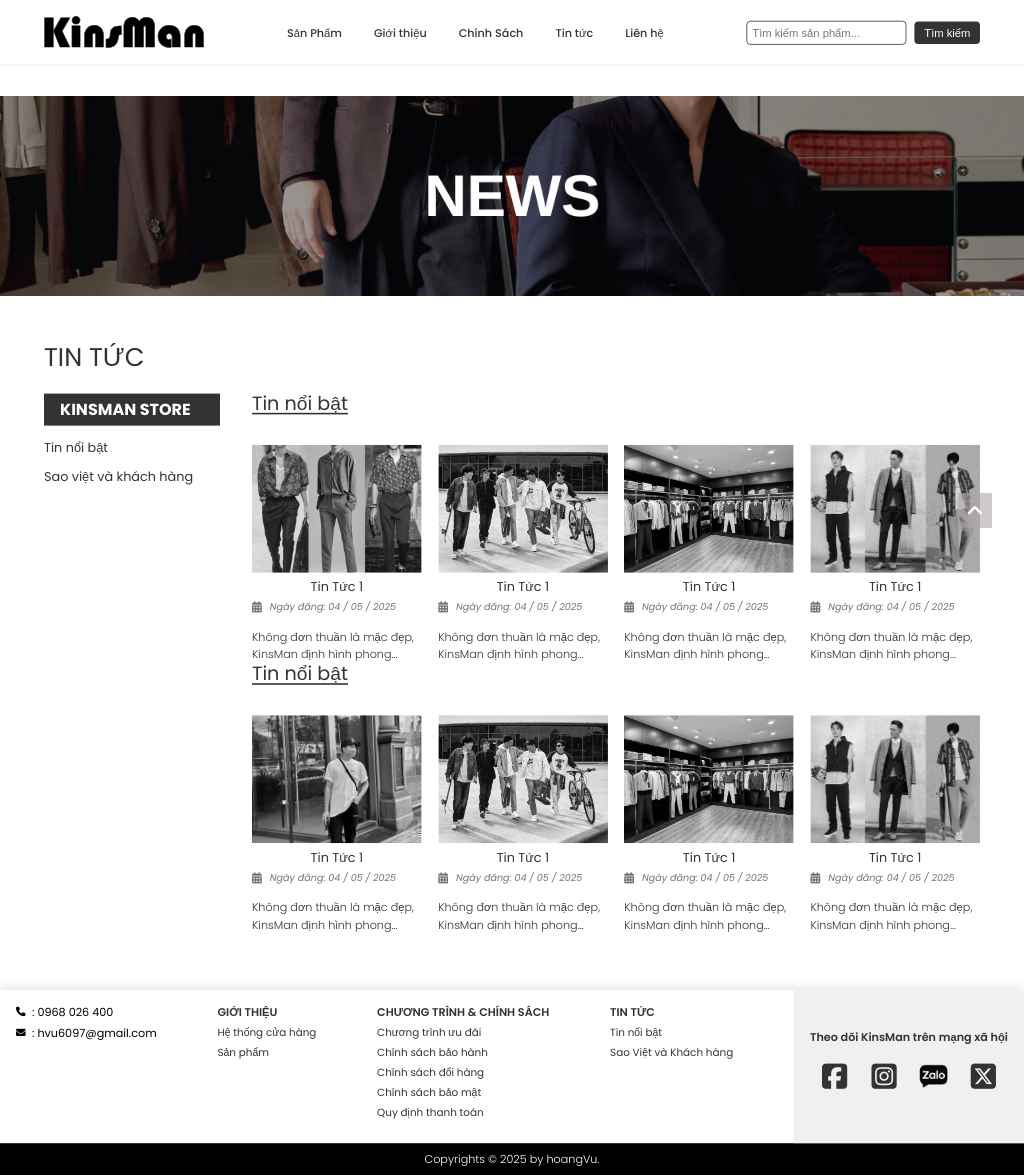
Repository: hoang28092000/kinsmanClothes
Page: category/news.html
The author's editor kept a copy of each file at every save. The page is drawn from the files as they stood at one save, then again after a run of saves.
The browser window is 1280 px wide. The pictures show the whole page, at 80% of full size.

Above is the page before, as saved 2025-05-08 12:46:31.
Console error: TypeError: Cannot read properties of null (reading 'addEventListener')

### category/news.html
<!DOCTYPE html>
<html lang="en">
  <head>
    <meta charset="UTF-8" />
    <meta name="viewport" content="width=device-width, initial-scale=1.0" />
    <link rel="preconnect" href="https://fonts.googleapis.com" />
    <link rel="preconnect" href="https://fonts.gstatic.com" crossorigin />
    <link
      href="https://fonts.googleapis.com/css2?family=Poppins:ital,wght@0,100;0,200;0,300;0,400;0,500;0,600;0,700;0,800;0,900;1,100;1,200;1,300;1,400;1,500;1,600;1,700;1,800;1,900&display=swap"
      rel="stylesheet"
    />
    <link
      rel="stylesheet"
      href="https://cdnjs.cloudflare.com/ajax/libs/font-awesome/6.7.2/css/all.min.css"
      integrity="sha512-Evv84Mr4kqVGRNSgIGL/F/aIDqQb7xQ2vcrdIwxfjThSH8CSR7PBEakCr51Ck+w+/U6swU2Im1vVX0SVk9ABhg=="
      crossorigin="anonymous"
      referrerpolicy="no-referrer"
    />
    <link rel="stylesheet" href="../css/reset.css" />
    <link rel="stylesheet" href="../css/main.css" />
    <link rel="stylesheet" href="../css/product.css" />
    <title>KinsMan-Policy</title>
  </head>
  <body>
    <header class="header">
      <div class="container">
        <div class="content-header">
          <div class="logo">
            <a href="../index.html">
              <img
                src="../asset/logo/logo-kinsmann.svg"
                alt="KinsManClothes Logo"
              />
            </a>
          </div>
          <nav class="nav">
            <ul>
              <li><a href="./product.html">Sản Phẩm</a></li>
              <li><a href="./about-us.html">Giới thiệu</a></li>
              <li><a href="#">Chính Sách</a></li>
              <li><a href="./news.html">Tin tức</a></li>
              <li><a href="./contact.html">Liên hệ</a></li>
            </ul>
          </nav>
          <div class="search-box">
            <input type="text" placeholder="Tìm kiếm sản phẩm..." />
            <button type="submit">Tìm kiếm</button>
          </div>
        </div>
      </div>
    </header>

    <main class="main-news">
      <div class="banner-news">
        <img src="../asset/banner/banner-9.png" alt="" />
      </div>
      <div class="container">
        <h2 class="title-heading title-contact">TIN TỨC</h2>
        <div class="content-news">
          <div class="left">
            <h4>KINSMAN STORE</h4>
            <p>
              <a href="">Tin nổi bật</a>
            </p>
            <p>
              <a href="">Sao việt và khách hàng</a>
            </p>
          </div>
          <div class="right">
            <div class="body-news" id="">
              <h3 class="blog-heading">Tin nổi bật</h3>
              <div class="list-news">
                <article class="card-news">
                  <a href="">
                    <div class="img-news">
                        <img src="../asset/image/news-4.png" alt="" />
                    </div>
                    <h3 class="name-news"><a href="">
                        Tin Tức 1
                    </a></h3>
                  </a>
                  <div class="desc">
                    <div class="time-up">
                      <i class="fa-solid fa-calendar-days icon-time"></i>
                      <p class="desc-time">
                        Ngày đăng: 04 / 05 / 2025
                      </p>
                    </div>
                    <p class="desc_card-news">
                        Không đơn thuần là mặc đẹp, KinsMan định hình phong cách mới cho nam giới hiện đại: trẻ trung, khỏe khoắn và luôn sẵn sàng bứt phá. Từ áo thun basic đến sơ mi phối phá cách, mọi thiết kế đều hướng tới sự năng động trong từng chi tiết. Đặc biệt phù hợp với những chàng trai thích sự đơn giản nhưng vẫn “ăn điểm” trước đám đông.
                    </p>
                  </div>
                </article>
                <article class="card-news">
                  <a href="">
                    <div class="img-news">
                        <img src="../asset/image/news-2.webp" alt="" />
                    </div>
                    <h3 class="name-news"><a href="">
                        Tin Tức 1
                    </a></h3>
                  </a>
                  <div class="desc">
                    <div class="time-up">
                      <i class="fa-solid fa-calendar-days icon-time"></i>
                      <p class="desc-time">
                        Ngày đăng: 04 / 05 / 2025
                      </p>
                    </div>
                    <p class="desc_card-news">
                        Không đơn thuần là mặc đẹp, KinsMan định hình phong cách mới cho nam giới hiện đại: trẻ trung, khỏe khoắn và luôn sẵn sàng bứt phá. Từ áo thun basic đến sơ mi phối phá cách, mọi thiết kế đều hướng tới sự năng động trong từng chi tiết. Đặc biệt phù hợp với những chàng trai thích sự đơn giản nhưng vẫn “ăn điểm” trước đám đông.
                    </p>
                  </div>
                </article>
                <article class="card-news">
                  <a href="">
                    <div class="img-news">
                        <img src="../asset/image/news-3.jpg" alt="" />
                    </div>
                    <h3 class="name-news"><a href="">
                        Tin Tức 1
                    </a></h3>
                  </a>
                  <div class="desc">
                    <div class="time-up">
                      <i class="fa-solid fa-calendar-days icon-time"></i>
                      <p class="desc-time">
                        Ngày đăng: 04 / 05 / 2025
                      </p>
                    </div>
                    <p class="desc_card-news">
                        Không đơn thuần là mặc đẹp, KinsMan định hình phong cách mới cho nam giới hiện đại: trẻ trung, khỏe khoắn và luôn sẵn sàng bứt phá. Từ áo thun basic đến sơ mi phối phá cách, mọi thiết kế đều hướng tới sự năng động trong từng chi tiết. Đặc biệt phù hợp với những chàng trai thích sự đơn giản nhưng vẫn “ăn điểm” trước đám đông.
                    </p>
                  </div>
                </article>
                <article class="card-news">
                  <a href="">
                    <div class="img-news">
                        <img src="../asset/image/news-1.jpeg" alt="" />
                    </div>
                    <h3 class="name-news"><a href="">
                        Tin Tức 1
                    </a></h3>
                  </a>
                  <div class="desc">
                    <div class="time-up">
                      <i class="fa-solid fa-calendar-days icon-time"></i>
                      <p class="desc-time">
                        Ngày đăng: 04 / 05 / 2025
                      </p>
                    </div>
                    <p class="desc_card-news">
                        Không đơn thuần là mặc đẹp, KinsMan định hình phong cách mới cho nam giới hiện đại: trẻ trung, khỏe khoắn và luôn sẵn sàng bứt phá. Từ áo thun basic đến sơ mi phối phá cách, mọi thiết kế đều hướng tới sự năng động trong từng chi tiết. Đặc biệt phù hợp với những chàng trai thích sự đơn giản nhưng vẫn “ăn điểm” trước đám đông.
                    </p>
                  </div>
                </article>


              </div>
            </div>
            <div class="body-news" id="celeb">
              <h3 class="blog-heading">Tin nổi bật</h3>
              <div class="list-news">
                <article class="card-news">
                  <a href="">
                    <div class="img-news">
                        <img src="../asset/image/celep-1.jpg" alt="" />
                    </div>
                    <h3 class="name-news"><a href="">
                        Tin Tức 1
                    </a></h3>
                  </a>
                  <div class="desc">
                    <div class="time-up">
                      <i class="fa-solid fa-calendar-days icon-time"></i>
                      <p class="desc-time">
                        Ngày đăng: 04 / 05 / 2025
                      </p>
                    </div>
                    <p class="desc_card-news">
                        Không đơn thuần là mặc đẹp, KinsMan định hình phong cách mới cho nam giới hiện đại: trẻ trung, khỏe khoắn và luôn sẵn sàng bứt phá. Từ áo thun basic đến sơ mi phối phá cách, mọi thiết kế đều hướng tới sự năng động trong từng chi tiết. Đặc biệt phù hợp với những chàng trai thích sự đơn giản nhưng vẫn “ăn điểm” trước đám đông.
                    </p>
                  </div>
                </article>
                <article class="card-news">
                  <a href="">
                    <div class="img-news">
                        <img src="../asset/image/news-2.webp" alt="" />
                    </div>
                    <h3 class="name-news"><a href="">
                        Tin Tức 1
                    </a></h3>
                  </a>
                  <div class="desc">
                    <div class="time-up">
                      <i class="fa-solid fa-calendar-days icon-time"></i>
                      <p class="desc-time">
                        Ngày đăng: 04 / 05 / 2025
                      </p>
                    </div>
                    <p class="desc_card-news">
                        Không đơn thuần là mặc đẹp, KinsMan định hình phong cách mới cho nam giới hiện đại: trẻ trung, khỏe khoắn và luôn sẵn sàng bứt phá. Từ áo thun basic đến sơ mi phối phá cách, mọi thiết kế đều hướng tới sự năng động trong từng chi tiết. Đặc biệt phù hợp với những chàng trai thích sự đơn giản nhưng vẫn “ăn điểm” trước đám đông.
                    </p>
                  </div>
                </article>
                <article class="card-news">
                  <a href="">
                    <div class="img-news">
                        <img src="../asset/image/news-3.jpg" alt="" />
                    </div>
                    <h3 class="name-news"><a href="">
                        Tin Tức 1
                    </a></h3>
                  </a>
                  <div class="desc">
                    <div class="time-up">
                      <i class="fa-solid fa-calendar-days icon-time"></i>
                      <p class="desc-time">
                        Ngày đăng: 04 / 05 / 2025
                      </p>
                    </div>
                    <p class="desc_card-news">
                        Không đơn thuần là mặc đẹp, KinsMan định hình phong cách mới cho nam giới hiện đại: trẻ trung, khỏe khoắn và luôn sẵn sàng bứt phá. Từ áo thun basic đến sơ mi phối phá cách, mọi thiết kế đều hướng tới sự năng động trong từng chi tiết. Đặc biệt phù hợp với những chàng trai thích sự đơn giản nhưng vẫn “ăn điểm” trước đám đông.
                    </p>
                  </div>
                </article>
                <article class="card-news">
                  <a href="">
                    <div class="img-news">
                        <img src="../asset/image/news-1.jpeg" alt="" />
                    </div>
                    <h3 class="name-news"><a href="">
                        Tin Tức 1
                    </a></h3>
                  </a>
                  <div class="desc">
                    <div class="time-up">
                      <i class="fa-solid fa-calendar-days icon-time"></i>
                      <p class="desc-time">
                        Ngày đăng: 04 / 05 / 2025
                      </p>
                    </div>
                    <p class="desc_card-news">
                        Không đơn thuần là mặc đẹp, KinsMan định hình phong cách mới cho nam giới hiện đại: trẻ trung, khỏe khoắn và luôn sẵn sàng bứt phá. Từ áo thun basic đến sơ mi phối phá cách, mọi thiết kế đều hướng tới sự năng động trong từng chi tiết. Đặc biệt phù hợp với những chàng trai thích sự đơn giản nhưng vẫn “ăn điểm” trước đám đông.
                    </p>
                  </div>
                </article>


              </div>
            </div>
          </div>
        </div>
      </div>
    </main>
    <footer class="footer">
      <div class="content-footer">
        <ul class="info-footer">
          <li class="contact-footer">
            <i class="fa-solid fa-phone icon-footer"></i>
            <p>: 0968 026 400</p>
          </li>
          <li class="contact-footer">
            <i class="fa-solid fa-envelope icon-footer"></i>
            <p>: hvu6097@gmail.com</p>
          </li>
        </ul>
        <ul class="info-footer">
          <li class="title-footer">GIỚI THIỆU</li>
          <li>
            <a href="./about-us.html"> Hệ thống cửa hàng </a>
          </li>
          <li>
            <a href="#"> Sản phẩm </a>
          </li>
        </ul>
        <ul class="info-footer">
          <li class="title-footer">CHƯƠNG TRÌNH & CHÍNH SÁCH</li>
          <li>
            <a href="./policy.html">Chương trình ưu đãi</a>
          </li>
          <li>
            <a href="./policy.html">Chính sách bảo hành</a>
          </li>
          <li>
            <a href="./policy.html">Chính sách đổi hàng</a>
          </li>
          <li>
            <a href="./policy.html">Chính sách bảo mật</a>
          </li>
          <li>
            <a href="./policy.html">Quy định thanh toán</a>
          </li>
        </ul>
        <ul class="info-footer">
          <li class="title-footer">TIN TỨC</li>
          <li>
            <a href="./news.html">Tin nổi bật</a>
          </li>
          <li>
            <a href="./news.html">Sao Việt và Khách hàng</a>
          </li>
        </ul>
        <ul class="footer-social">
          <li class="title-footer">Theo dõi KinsMan trên mạng xã hội</li>
          <li class="links-social">
            <a href="https://www.facebook.com/profile.php?id=100008725181742">
              <i class="fa-brands fa-square-facebook icon-social"></i>
            </a>
            <a href="https://www.instagram.com/hoagkins/"
              ><i class="fa-brands fa-square-instagram icon-social"></i
            ></a>
            <a href="zalo.me/0968026400"
              ><img
                src="../asset/icon/icon-zalo2.png"
                class="img-zalo"
                alt="ZALO"
            /></a>
            <a href="https://x.com/kinsman2809"
              ><i class="fa-brands fa-square-x-twitter icon-social"></i
            ></a>
          </li>
        </ul>
      </div>
      <div class="copy_right">
        <h3>Copyrights © 2025 by hoangVu.</h3>
      </div>
    </footer>

    <div class="up-page">
      <a href="#"><i class="fa-solid fa-angle-up icon-up"></i></a>
    </div>

    <script src="./js/main.js"></script>
  </body>
</html>

### css/product.css
.main-product {
  margin-top: 80px;
}
.banner-product {
  width: 100%;
  height: 250px;
}
.banner-product img {
  width: 100%;
  height: 100%;
}
.category-product {
  margin-bottom: 70px;
}

.list-product {
  display: flex;
  justify-content: space-between;
  align-items: center;
  gap: 30px;
}
.product-link {
  text-decoration: none;
}
.product-card {
  width: 288px;
}
.img-product {
  width: 100%;
  height: 290px;
  overflow: hidden;
}
.img-product img {
  width: 100%;
  height: 100%;
  transition: transform 0.3s ease;
}
.img-product img:hover {
  transform: scale(1.1);
}
.info-card {
  padding: 10px 20px;
}
.info-card h3 {
  text-align: center;
  font-size: 1.6rem;
  color: var(--text-color);
}
.price {
  font-size: 1.4rem;
  color: var(--primary-color);
  font-weight: 600;
  text-align: center;
  margin-top: 8px;
}
.more-product {
  width: 160px;
  height: 40px;
  display: flex;
  justify-content: center;
  align-items: center;
  margin: 30px auto 0;
  background-color: #333;
  color: #fff;
  text-decoration: none;
  font-size: 1.4rem;
  border: 1px solid #333;
  transition: all 0.7s ease;
  border-radius: 5px;
}
.more-product:hover {
  background-color: #fff;
  color: #333;
}
.banner-main_second {
  width: 100%;
  height: 250px;
}

.banner-main_second img {
  width: 100%;
  height: 100%;
}

/* main_about-us */
.main-news,
.main-contact,
.main-policy,
.main_about-us {
  margin-top: 120px;
}
.content-policy .passage,
.content_about-us .passage {
  margin-bottom: 32px;
}
.content-policy h3,
.content_about-us h3 {
  font-size: 1.8rem;
  font-weight: 500;
  color: var(--text-color);
  line-height: 1.76;
  margin-bottom: 12px;
}
.content-policy p,
.content_about-us p {
  font-size: 1.6rem;
  color: #333;
  line-height: 1.85;
  margin-bottom: 10px;
  text-align: justify;
}

.map {
  position: relative;
  width: 100%;
  height: 400px;
  margin-top: 40px;
}
.map a {
  text-decoration: none;
}
.map img {
  width: 100%;
  height: 100%;
  object-fit: cover;
}
.overlay-map {
  position: absolute;
  top: 0;
  bottom: 0;
  right: 0;
  left: 0;
  display: none;
  background-color: rgba(73, 71, 71, 0.4);
}
.overlay-map h3 {
  font-size: 2.8rem;
  color: #fff;
}

.map:hover .overlay-map {
  display: flex;
  justify-content: center;
  align-items: center;
}

/* policy */
.content-policy ul {
  padding-left: 30px;
  list-style-type: disc;
}
.content-policy li {
  font-size: 1.6rem;
  color: #333;
  margin-bottom: 16px;
}
/* contact */
.banner-contact {
  width: 100%;
  height: 250px;
}
.banner-contact img {
  width: 100%;
  height: 100%;
  object-fit: cover;
}
.content-contact {
  margin-top: 70px;
}
.info-contact {
  display: flex;
  justify-content: space-between;
  align-items: center;
  gap: 60px;
}
.info-contact .left,
.info-contact .right {
  width: 550px;
}
.info-contact .left {
  padding: 20px 0;
}
.item-contact {
  display: flex;
  align-items: center;
  gap: 10px;
  margin-bottom: 20px;
}
.item-contact:last-child {
  margin-bottom: 0;
}
.item-contact i {
  font-size: 1.6rem;
  color: #333;
}
.item-contact p {
  font-size: 1.6rem;
  font-weight: 300;
  color: #333;
}

.info-contact .right img {
  width: 100%;
}
.map-contact {
  height: 250px;
}
.title-contact {
  text-align: start;
  margin-bottom: 30px;
}

/* news */
.banner-news {
  width: 100%;
  height: 250px;
  margin-bottom: 60px;
}
.banner-news img {
  width: 100%;
  height: 100%;
  object-fit: cover;
}
.content-news {
  display: flex;
  justify-content: space-between;
}
.content-news .left {
  width: 220px;
}

.content-news .left h4 {
  width: 100%;
  font-size: 2rem;
  color: #fff;
  font-weight: 700;
  background-color: #333;
  padding: 10px 20px;
  margin-bottom: 20px;
}
.content-news .left p {
  margin-bottom: 20px;
}
.content-news .left a {
  text-decoration: none;
  font-size: 1.6rem;
  color: #333;
}
.content-news .left a:hover {
  text-decoration: underline;
}

.content-news .right {
  flex: 1;
  margin-left: 40px;
}
.blog-heading {
  font-size: 2.4rem;
  color: #333;
  text-decoration: underline;
  text-underline-offset: 4px;
  text-decoration-thickness: 2px;
  margin-bottom: 40px;
}
.list-news {
  display: grid;
  grid-template-columns: repeat(4, 212px);
  gap: 20px;
}
.list-news .card-news {
  width: 100%;
}

.list-news .img-news {
  width: 100%;
  height: 160px;
  overflow: hidden;
}
.list-news .img-news img {
  width: 100%;
  height: 100%;
  object-fit: cover;
  transition: transform 0.3s ease;
}
.list-news .img-news img:hover {
  transform: scale(1.1);
}
.name-news {
  text-align: center;
  padding: 10px;
}
.name-news a {
  font-size: 1.6rem;
  color: #333;
  text-decoration: none;
}

.name-news a:hover {
  color: var(--primary-color);
}
.time-up {
  display: flex;
  align-items: center;
  gap: 10px;
  margin-bottom: 20px;
}
.icon-time {
  font-size: 1.4rem;
  color: #757272;
}
.desc-time {
  font-style: italic;
  color: #757272;
  font-size: 1.2rem;
}
.desc_card-news {
  display: -webkit-box;
  -webkit-line-clamp: 2;
  -webkit-box-orient: vertical;
  overflow: hidden;
  text-overflow: ellipsis;
  font-size: 1.4rem;
  color: #333;
  font-weight: 300;
  line-height: 1.57;
}

Loaded but not shown: css/reset.css (common file); js/main.js (19 lines, source omitted); css/main.css (480 lines, source omitted)

After the next 2 saves:
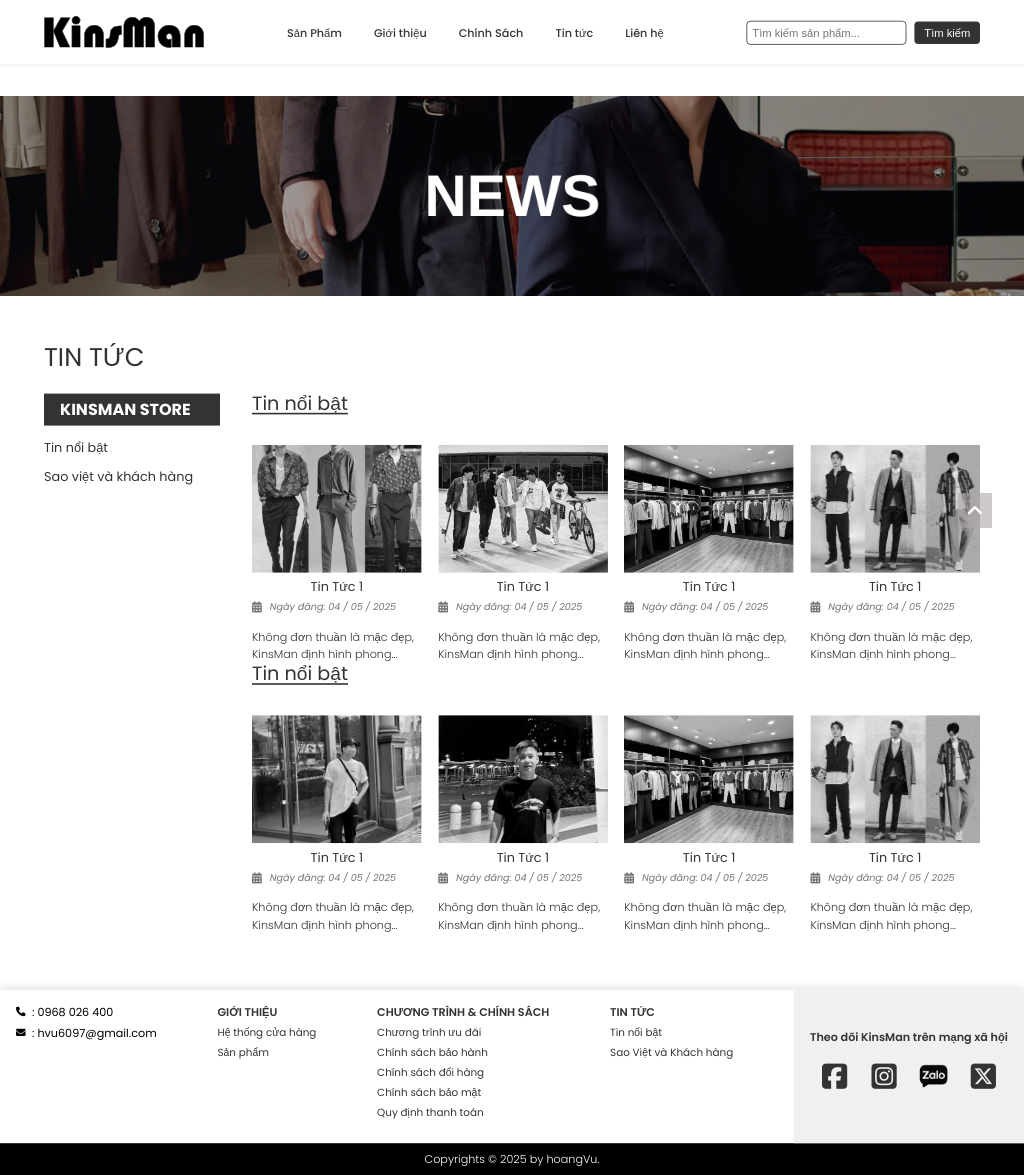
The 2 saves are shown as one change because they came seconds apart.
The last was saved 8 s later.
--- a/category/news.html
+++ b/category/news.html
@@ -185,7 +185,7 @@
                 <article class="card-news">
                   <a href="">
                     <div class="img-news">
-                        <img src="../asset/image/news-2.webp" alt="" />
+                        <img src="../asset/image/celep-3.jpg" alt="" />
                     </div>
                     <h3 class="name-news"><a href="">
                         Tin Tức 1
